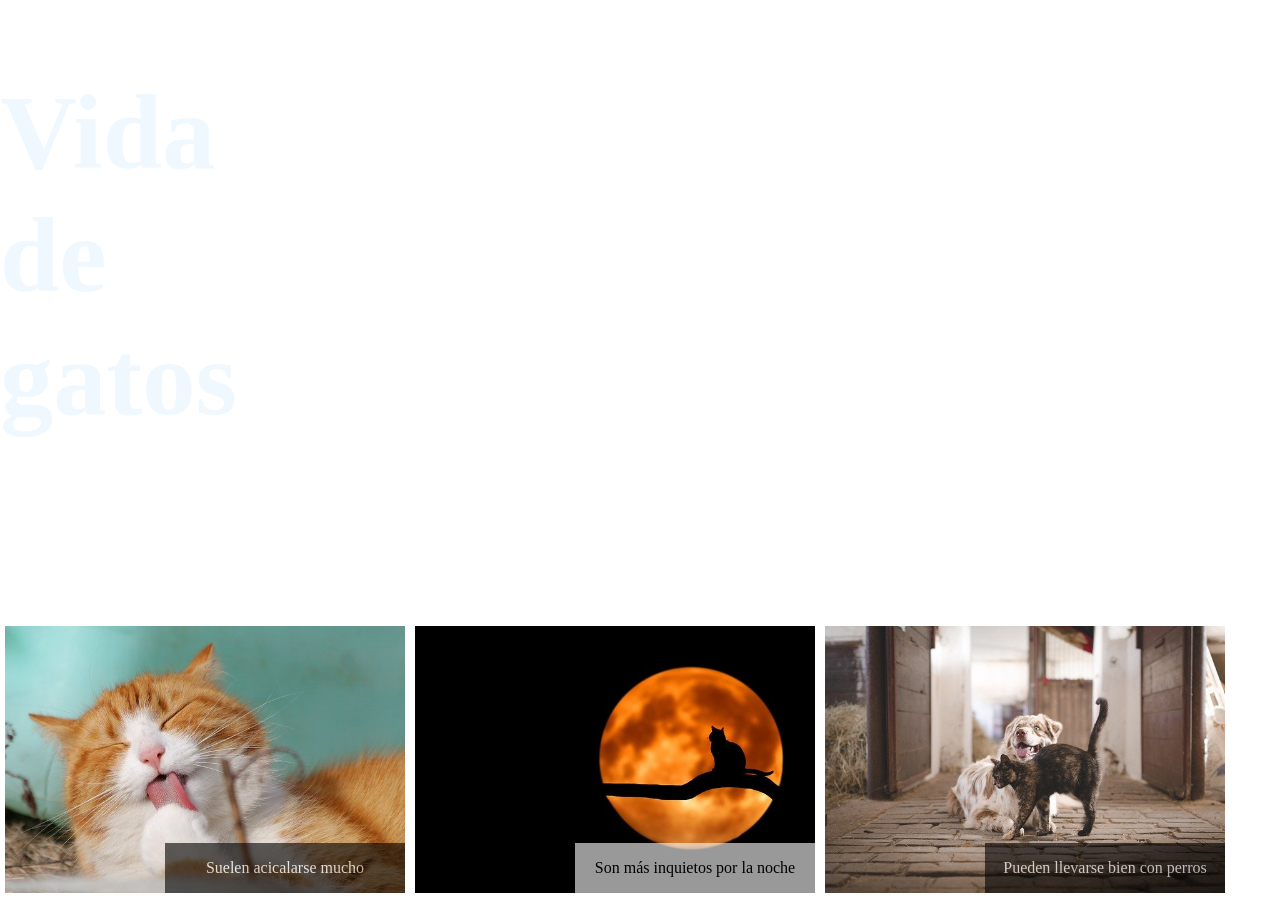
Repository: ScoggoDev/DesarrolloWeb
Page: tarea en equipo 1/tep3/vidadegatos/index.html
The author's editor kept a copy of each file at every save. The page is drawn from the files as they stood at one save, then again after the next save.
The browser window is 1280 px wide. The pictures show the whole page.

Above is the page before, as saved 2021-07-14 20:58:17.

After the next save:
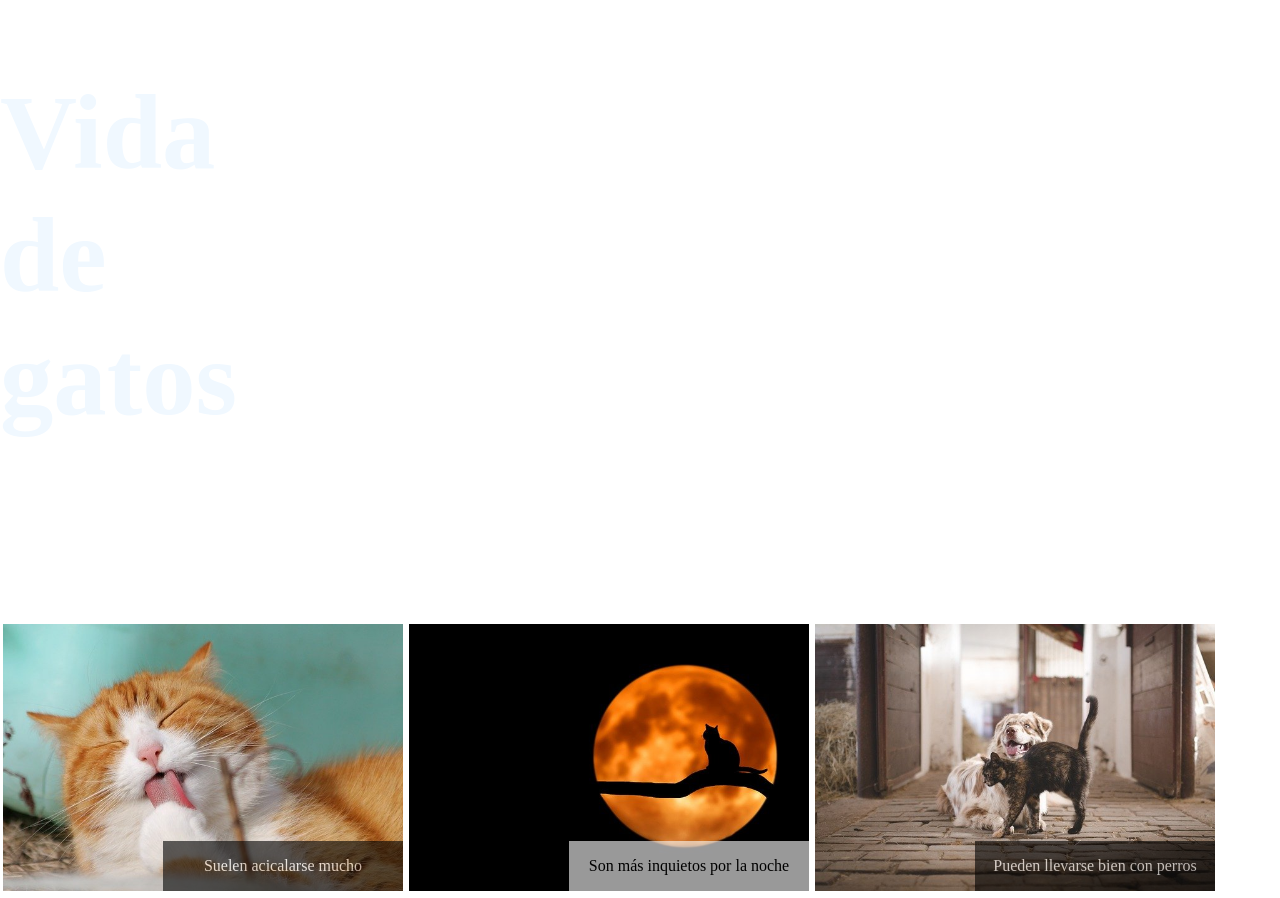
Saved 6 s later.
--- a/tarea en equipo 1/tep3/vidadegatos/css/estilos.css
+++ b/tarea en equipo 1/tep3/vidadegatos/css/estilos.css
@@ -30,7 +30,7 @@ body{
 
 .contenedor-img{
     position: relative;
-    margin: 5px;
+    margin: 3px;
 }
 
 .text-block {
